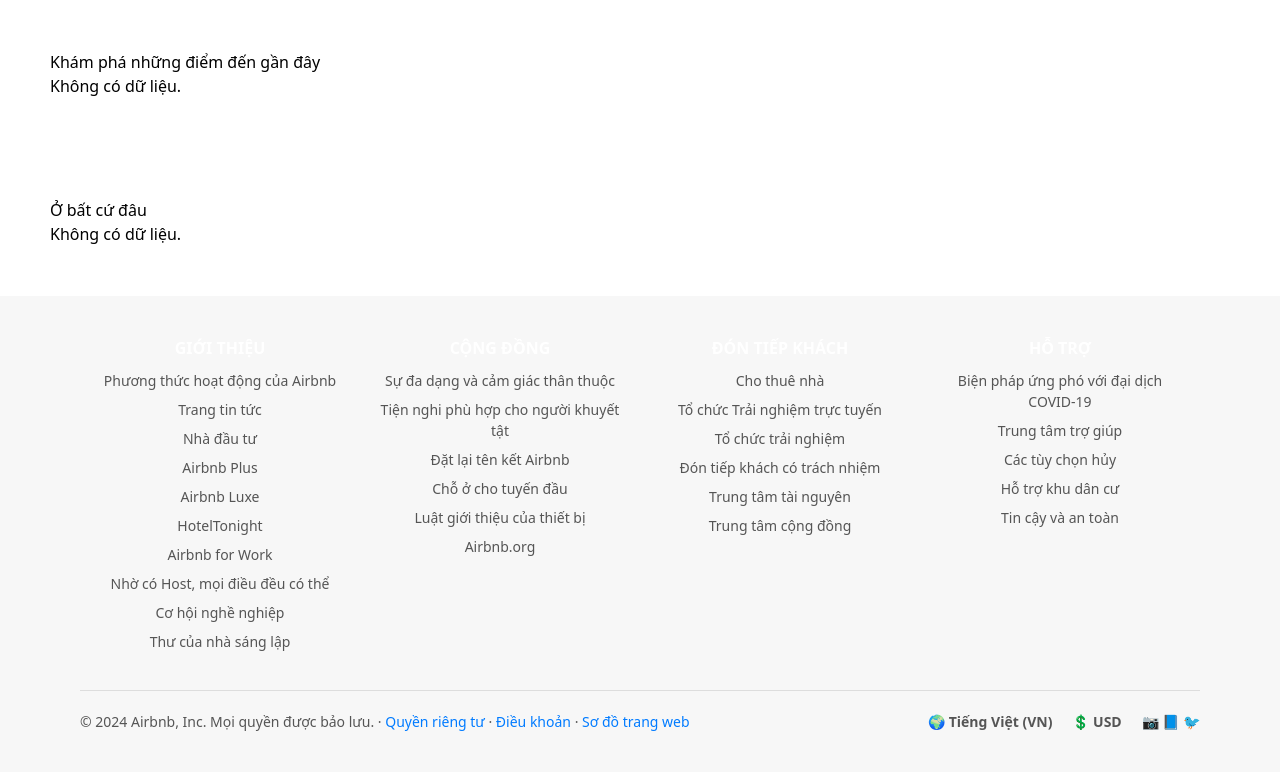
Repository: BlackWolf2002/project_airbn_react
Page: /
An editor plug-in stored every save of this project. The page is shown before and after the next save, followed by the edit.
The browser window is 1280 px wide. The pictures show the part of the page from y = 476 to 1248 px (the page is 1248 px tall before and 1224 px after).
The page's requests for data from a server got no answer. The project was rebuilt for these pictures with package versions that can differ from the ones it lists, and the page was loaded fresh each time. No one was signed in, and anything a server would have sent is missing. Also part of the build but not shown: vite.config.js, src/api/authService.js, src/style/Login.css, src/components/Login.jsx.

Above is the page before, as saved 2025-02-05 02:02:39.

After the next save:
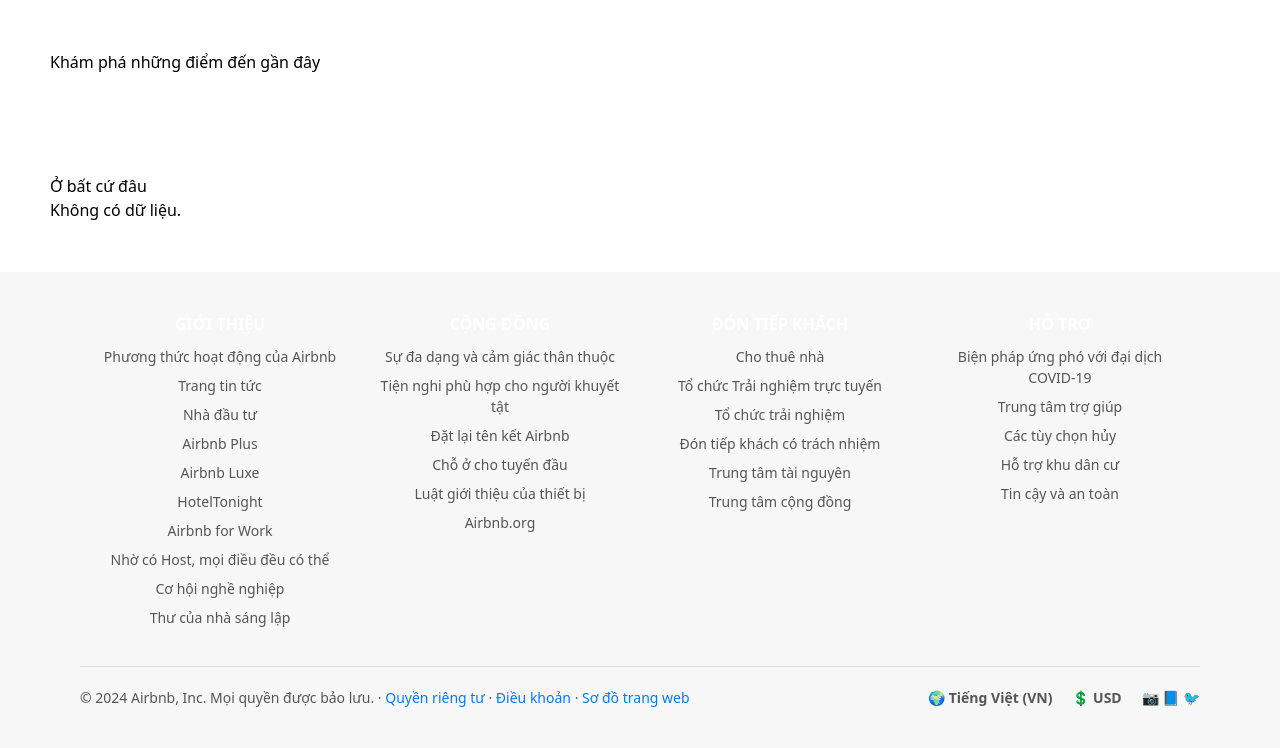
Saved 89 s later.
--- a/src/components/Home.jsx
+++ b/src/components/Home.jsx
@@ -32,22 +32,22 @@
                 </div>
             </div>
 
+            {/* Khám phá những điểm đến gần đây */}
             <section className="locations">
                 <h2>Khám phá những điểm đến gần đây</h2>
-                <div className="location-list">
-                    {locations.length > 0 ? (
-                        locations.map((location) => (
-                            <div className="location-card" key={location.id}>
-                                <img
-                                    src={location.hinhAnh}
-                                    alt={location.tenViTri}
-                                />
+                <div className="location-grid">
+                    {locations.map((location, index) => (
+                        <div className="location-card" key={index}>
+                            <img
+                                src={location.hinhAnh}
+                                alt={location.tenViTri}
+                            />
+                            <div className="location-info">
                                 <h3>{location.tenViTri}</h3>
+                                <p>{location.moTa}</p>
                             </div>
-                        ))
-                    ) : (
-                        <p>Không có dữ liệu.</p>
-                    )}
+                        </div>
+                    ))}
                 </div>
             </section>
 
